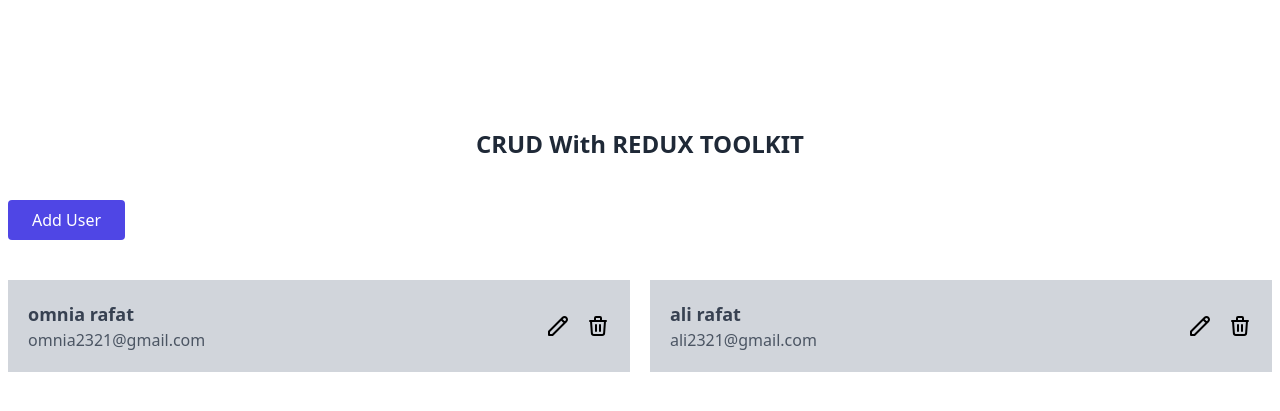
Repository: OmniaRafat232111121/Crud-reduxtoolkit
Page: /
These files come from the project's save history. The page is drawn as it stood at one moment and after a run of saves; the edit follows.
The browser window is 1280 px wide. The pictures show the whole page.
The project was rebuilt for these pictures with package versions that can differ from the ones it lists, and the page was loaded fresh each time. Also part of the build but not shown: src/components/TextField.jsx, src/features/users/AddUser.jsx.

Above is the page before, as saved 2023-02-10 15:54:23.

After the next 4 saves:
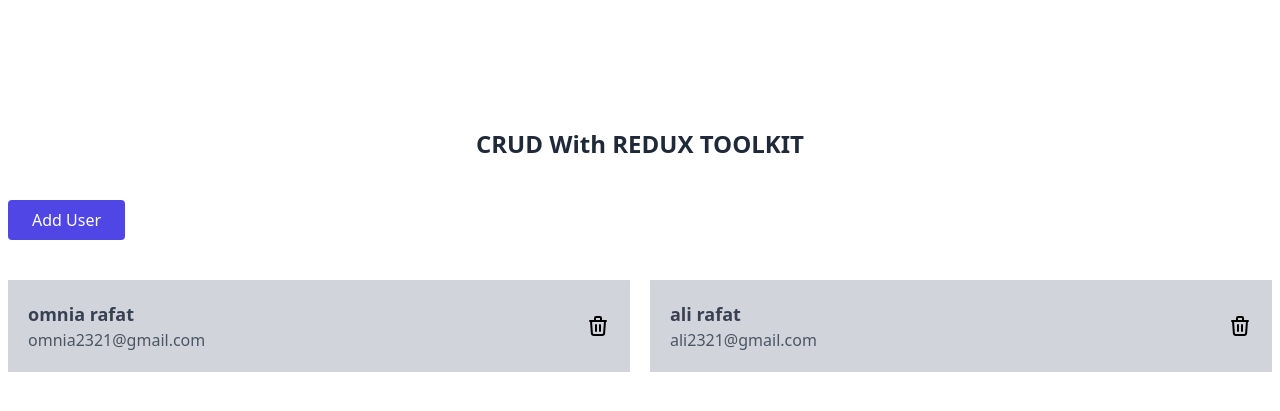
The 4 saves are shown as one change because they came seconds apart.
The last was saved 13 s later.
--- a/src/features/users/UserList.jsx
+++ b/src/features/users/UserList.jsx
@@ -15,11 +15,8 @@ const UserList = () => {
       </div>
       <div className="flex gap-4">
 
-          <button>
-            <svg xmlns="http://www.w3.org/2000/svg" className="h-6 w-6" fill="none" viewBox="0 0 24 24" stroke="currentColor" strokeWidth={2}>
-              <path strokeLinecap="round" strokeLinejoin="round" d="M15.232 5.232l3.536 3.536m-2.036-5.036a2.5 2.5 0 113.536 3.536L6.5 21.036H3v-3.572L16.732 3.732z" />
-            </svg>
-          </button>
+              <Link>
+              </Link>
 
         <button>
           <svg xmlns="http://www.w3.org/2000/svg" className="h-6 w-6" fill="none" viewBox="0 0 24 24" stroke="currentColor" strokeWidth={2}>
